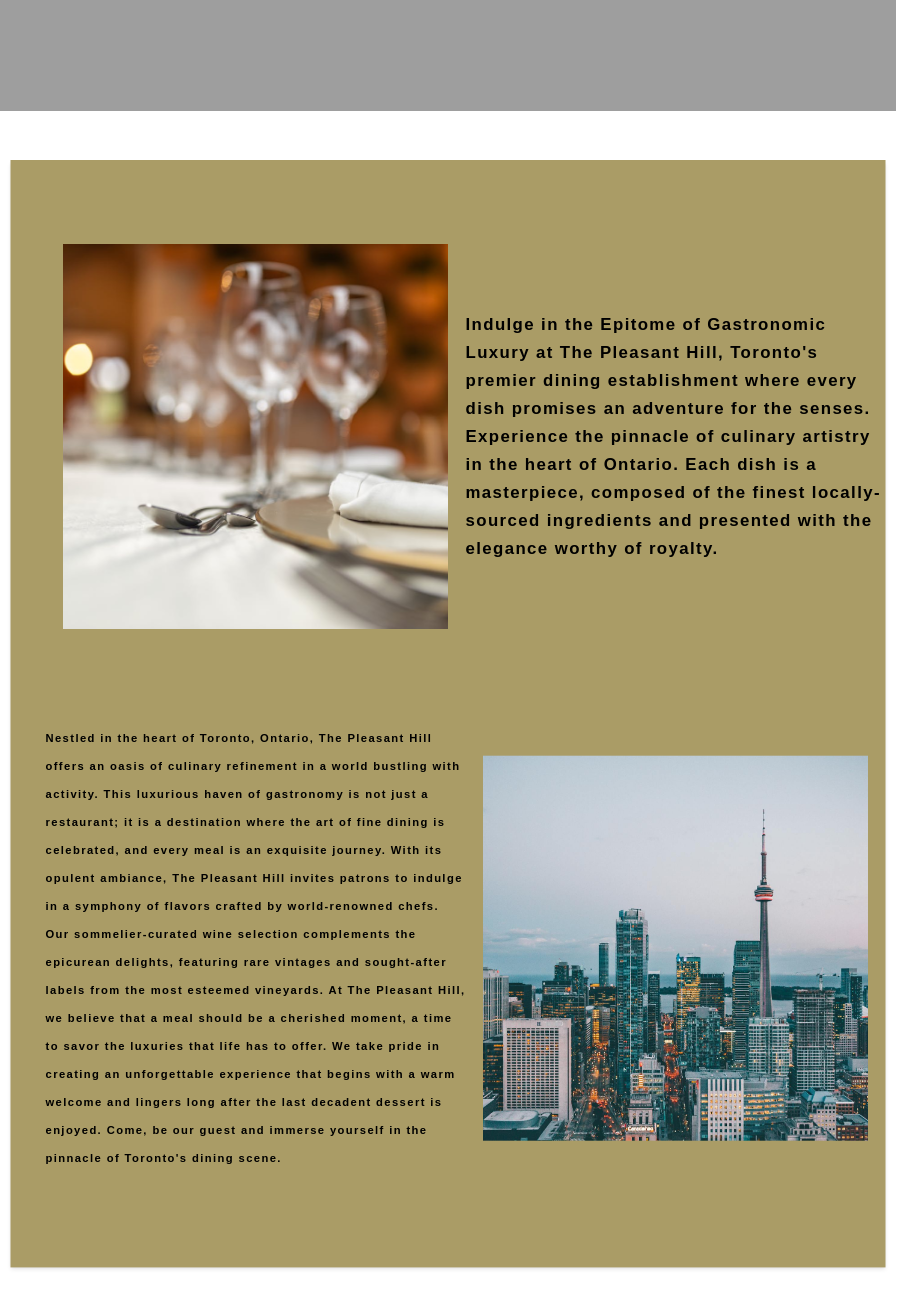
Repository: shayanabedi98/pleasant-hill-restaurant
Page: /
These files come from the project's save history. The page is drawn as it stood at one moment and after the next save; the edit follows.
The browser window is 1280 px wide. The page is 1290 px wide, so the pictures cover 1290 px, including what lies to the right of the window. The pictures show the part of the page from y = 822 to 2702 px (the page is 2702 px tall before and 2622 px after), at 70% of full size.
Pictures or frames that could not be fetched are drawn as grey boxes. Backgrounds fixed to the window are drawn as part of the page. Some web fonts or font styles are not loaded; a fallback is used. The project was rebuilt for these pictures with package versions that can differ from the ones it lists, and the page was loaded fresh each time. Also part of the build but not shown: vite.config.js, src/components/Contact.jsx, src/components/MenuList.jsx, src/components/Appetizers.jsx, src/components/Entrees.jsx, src/components/Desserts.jsx, src/components/Drinks.jsx, src/components/Menu.jsx and 1 more.

Above is the page before, as saved 2023-12-27 19:03:47.

### index.html
<!doctype html>
<html lang="en">
  <head>
    <meta charset="UTF-8" />
    <link rel="icon" type="image/svg+xml" href="/vite.svg" />
    <meta name="viewport" content="width=device-width, initial-scale=1.0" />
    <link rel="preconnect" href="https://fonts.googleapis.com">
    <link rel="preconnect" href="https://fonts.gstatic.com" crossorigin>
    <link href="https://fonts.googleapis.com/css2?family=Italiana&display=swap" rel="stylesheet">
    <title></title>
  </head>
  <body>
    <div id="root"></div>
    <script type="module" src="/src/main.jsx"></script>
  </body>
</html>

### src/App.jsx
import { useState } from "react";
import Contact from "./components/Contact";
import Home from "./components/Home";
import Menu from "./components/Menu";
import Navbar from "./components/Navbar";
import "./App.css";

function App() {
  const [activeDiv, setActiveDiv] = useState({
    home: true,
    menu: false,
    contact: false,
  });

  const renderDiv = (clickedItem) => {
    setActiveDiv({
      home: clickedItem === 'home',
      menu: clickedItem === 'menu',
      contact: clickedItem === 'contact'
    })
  }

  return (
    <>
      <Navbar onClick={renderDiv} />
      {activeDiv.home && <Home />}
      {activeDiv.menu && <Menu />}
      {activeDiv.contact && <Contact />}
    </>
  );
}

export default App;

### src/components/Home.jsx
import React from 'react'
import aboutImg from '../assets/about.jpg'
import toronto from '../assets/toronto.jpg'
import '../assets/banner.jpg'

const Home = () => {
  return (
    <div className='home'>
      <div className='banner-content'>
        <h1>Dine in luxury at The Pleasant Hill</h1>
        <div className='banner-buttons'>
          <button>View Menu</button>
          <button>Book Reservation</button>
        </div>
      </div>
      <div className="about">
        <div className='about1'>
          <img src={aboutImg} alt="zoomed in picture of a dining table with utensils" />
          <h2>Indulge in the Epitome of Gastronomic Luxury at The Pleasant Hill, Toronto's premier dining establishment where every dish promises an adventure for the senses. Experience the pinnacle of culinary artistry in the heart of Ontario. Each dish is a masterpiece, composed of the finest locally-sourced ingredients and presented with the elegance worthy of royalty.</h2>
        </div>

        <div className="about2">
          <p>Nestled in the heart of Toronto, Ontario, The Pleasant Hill offers an oasis of culinary refinement in a world bustling with activity. This luxurious haven of gastronomy is not just a restaurant; it is a destination where the art of fine dining is celebrated, and every meal is an exquisite journey. With its opulent ambiance, The Pleasant Hill invites patrons to indulge in a symphony of flavors crafted by world-renowned chefs. Our sommelier-curated wine selection complements the epicurean delights, featuring rare vintages and sought-after labels from the most esteemed vineyards. At The Pleasant Hill, we believe that a meal should be a cherished moment, a time to savor the luxuries that life has to offer. We take pride in creating an unforgettable experience that begins with a warm welcome and lingers long after the last decadent dessert is enjoyed. Come, be our guest and immerse yourself in the pinnacle of Toronto's dining scene.</p>
          <img src={toronto} alt="Toronto skyline" />
        </div>
      </div>
    </div>
  )
}

export default Home

### src/components/Navbar.jsx
import React from "react";
import logo from "../assets/logo2.png";

const Navbar = ({ onClick }) => {
  return (
    <div className="navbar">
      <img src={logo} alt="" />
      <ul>
        <li onClick={() => onClick("home")}>Home</li>
        <li onClick={() => onClick("menu")}>Menu</li>
        <li onClick={() => onClick("contact")}>Contact</li>
      </ul>
    </div>
  );
};

export default Navbar;

### src/App.css


* {
  font-family: 'Italiana', sans-serif;
  font-weight: 600;
  letter-spacing: 2px;
}

body {
  padding: 0px;
  margin: 0px;
}

.contact, .menu {
  margin-top: 180px;
}

.navbar {
  background-color: black;
  display: grid;
  grid-template-columns: 1fr 1fr;
  place-items: center;
  align-content: center;
  height: 120px;
  box-shadow: rgba(0, 0, 0, 0.24) 0px 3px 8px;
  z-index: 2;
  position: fixed;
  width: 100%;
  top: 0;
}

.navbar ul li {
  list-style: none;
  font-size: 24px;
  text-align: center;
  color: rgb(245, 245, 232);
  background-color: black;
}

.navbar ul {
  display: grid;
  width: 70%;
  grid-template-columns: 1fr 1fr 1fr;
  padding: 0px;
  margin: 0px;

}

.navbar ul li:hover {
  cursor: pointer;
  background-color: #aa9c66;
}

.banner-content {
  background: url('./assets/banner.jpg');
  background-attachment: fixed;
  height: 980px;
  display: grid;
  place-items: center;
}

.banner-content h1 {
  position: relative;
  top: 200px;
  font-size: 70px;
  color: #ffffff;
}

.banner-buttons {
  position: relative;
  top: -150px;
  display: grid;
  grid-template-columns: 1fr 1fr;
  gap: 50px;
}

.banner-buttons button {
  width: 170px;
  height: 70px;
  font-size: 20px;
  border: none;
  background-color: #aa9c66;
  color: #ffffff;
  cursor: pointer;
  box-shadow: rgba(50, 50, 93, 0.25) 0px 13px 27px -5px, rgba(0, 0, 0, 0.3) 0px 8px 16px -8px;
}

.about {
  box-shadow: rgba(0, 0, 0, 0.1) 0px 4px 6px -1px, rgba(0, 0, 0, 0.06) 0px 2px 4px -1px;
  width: 1200px;
  margin: 70px auto;
  padding: 25px;
  text-align: start;
  background-color: #aa9c66;
}

.about1, .about2 {
  display: grid;
  grid-template-columns: 1fr 1fr;
  place-items: center;
  width: 1200px;
  margin: 70px auto;
  padding: 25px;
  line-height: 40px;
}

.about img {
  height: 550px;
  width: 550px;
  object-fit: cover;
}

.card-container {
  display: grid;
  gap: 20px;
  grid-template-columns: repeat(3, 1fr);
  place-items: center;
  color: #aa9c66;
  width: 1200px;
  margin: auto;
}

.menu-imgs {
  width: 300px;
  margin: 30px 30px 30px 30px;
  border-radius: 5%;
}

.menu-desc {
  text-align: center;
  font-weight: 600;
  padding-left: 20px;
  padding-right: 20px
}

.menu-names {
  font-size: 25px;
  text-decoration: underline;
  color: rgb(158, 152, 96);
}

.card {
  width: 370px;
  min-height: 400px;
  cursor: pointer;
  box-shadow: 0 13px 27px -5px hsla(240, 30.1%, 28%, 0.25), 0 8px 16px -8px hsla(0, 0%, 0%, 0.3), 0 -6px 16px -6px hsla(0, 0%, 0%, 0.03);
  transition: all ease 200ms;
  display: grid;
  place-items: center;
  grid-template-rows: 1fr 0.3fr 0.3fr;
  background-color: black;
  border-radius: 1rem;
  overflow: hidden;

}

.card:hover {
  cursor: pointer;
  transform: scale(1.03);
  box-shadow: 0 13px 40px -5px hsla(240, 30.1%, 28%, 0.12), 0 8px 32px -8px hsla(0, 0%, 0%, 0.14), 0 -6px 32px -6px hsla(0, 0%, 0%, 0.02);
}


.menu-desc, .menu-names {
  background-color: black;
}

.menu h2 {
  text-align: center;
  font-size: 35px;
  margin: 60px 0 60px 0;

}

.menu h1 {
  text-align: center;
  font-size: 40px;

}

.menu-top-p {
  text-align: center;
  font-size: 23px;
  width: 1200px;
  margin: 70px auto;
}


.contact h1 {
  text-align: center;
  width: 1200px;
  font-size: 45px;
  margin: 70px auto;
  text-decoration: underline;

}

.contact h2 {
  text-align: center;
  margin: 1px auto;
  width: 1200px;
}

.contact h3 {
  text-align: center;
  margin: 40px auto;
}

.iframe-div {
  margin: 50px auto;
  display: flex;
  justify-content: center;
  align-items: center;
}

Loaded but not shown: src/main.jsx (common file)

After the next save:
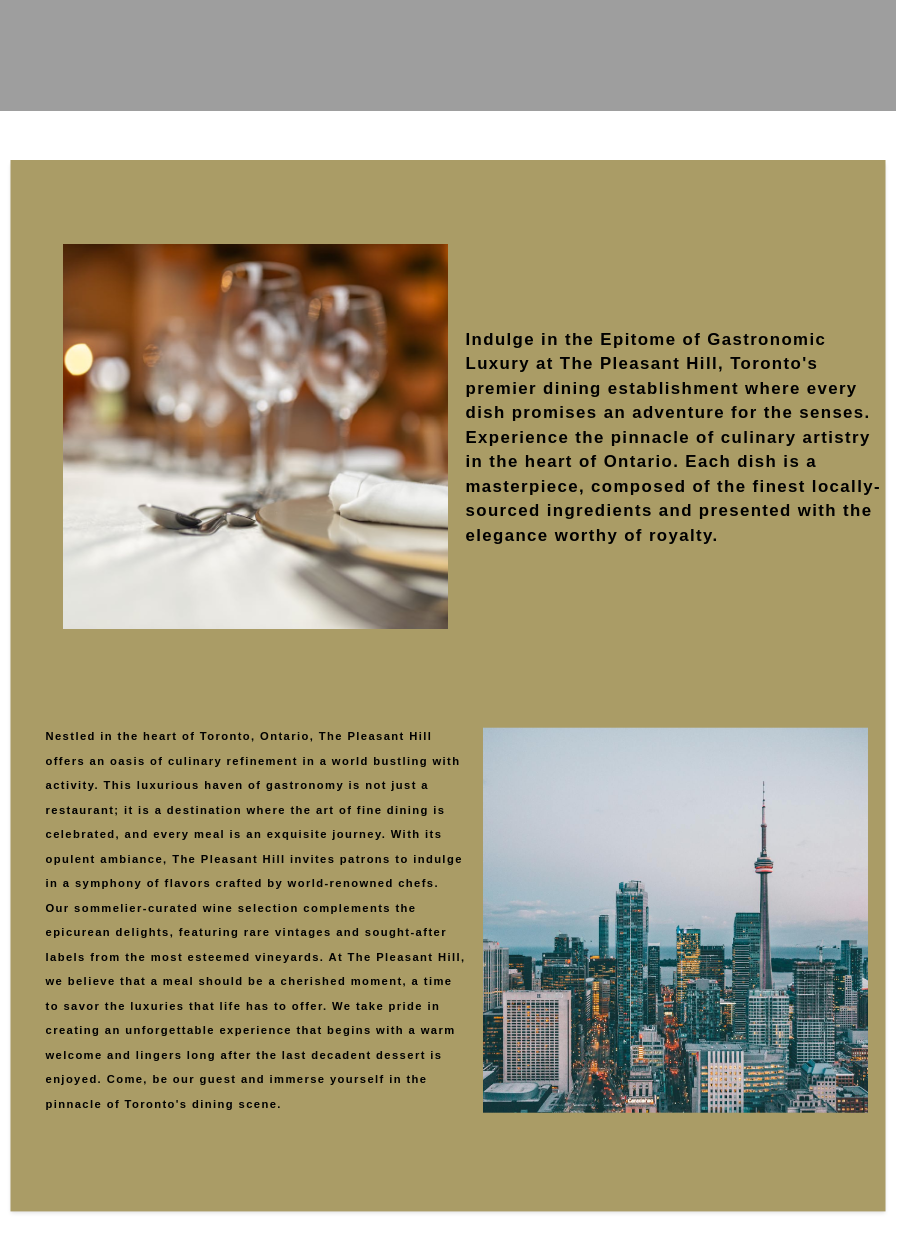
Saved 13 s later.
--- a/src/App.css
+++ b/src/App.css
@@ -101,7 +101,7 @@ body {
   width: 1200px;
   margin: 70px auto;
   padding: 25px;
-  line-height: 40px;
+  line-height: 35px;
 }
 
 .about img {
